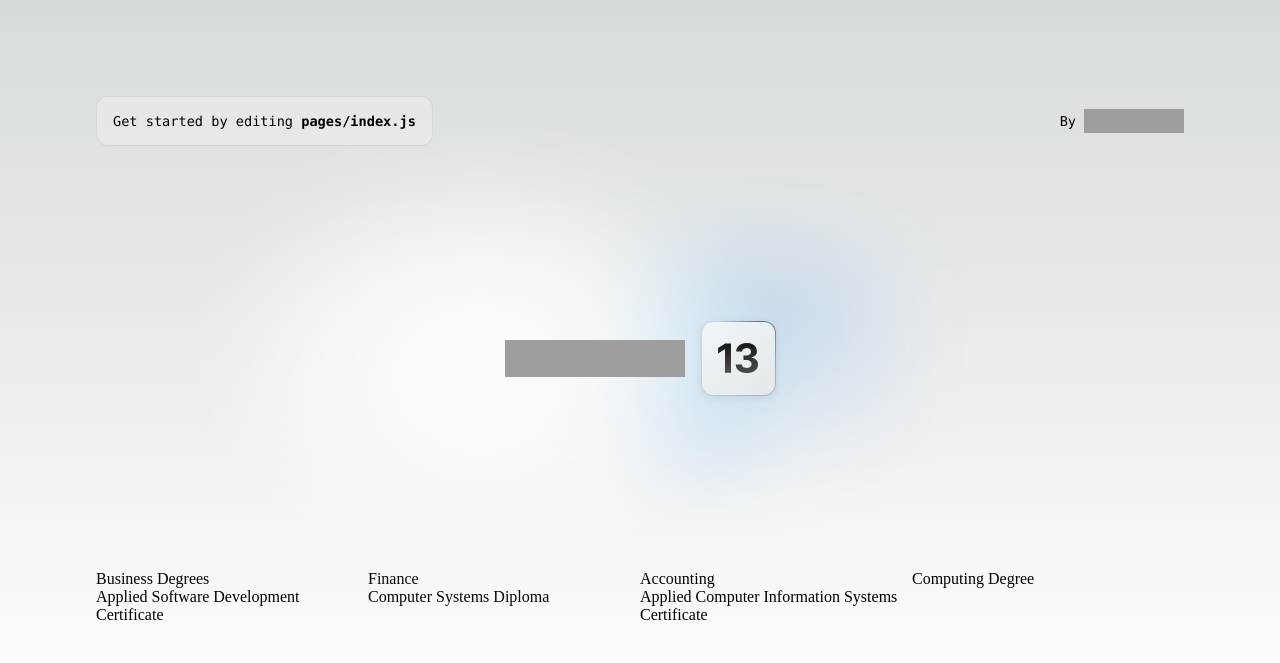
Repository: TeoEstrada9/Week-3-example
Page: /
These files come from the project's save history. The page is drawn as it stood at one moment and after the next save; the edit follows.
The browser window is 1280 px wide. The pictures show the whole page.
Pictures or frames that could not be fetched are drawn as grey boxes. The project was rebuilt for these pictures with package versions that can differ from the ones it lists, and the page was loaded fresh each time. The framework's server and built-in components were replaced by stand-ins that run in the browser. Also part of the build but not shown: next.config.js.

Above is the page before, as saved 2023-01-16 10:49:33.

After the next save:
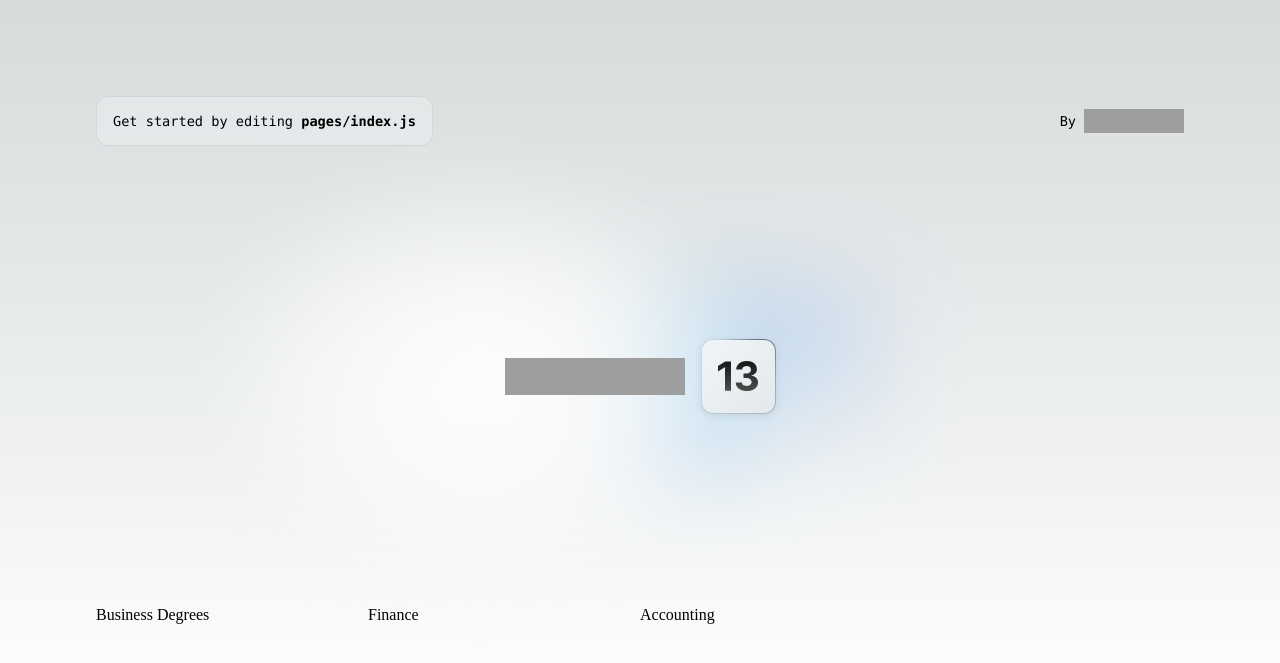
Saved 2 min 37 s later.
--- a/pages/index.js
+++ b/pages/index.js
@@ -76,14 +76,7 @@ export default function Home() {
             )
 
           })}
-          <div>Computing Degree</div>
-          {information && information.map((info,index) => {
-            if(info.department === "Computing")
-            return (
-              <div key={index}>{info.degree}</div>
-            )
 
-          })}
         </div>
       </main>
     </>
